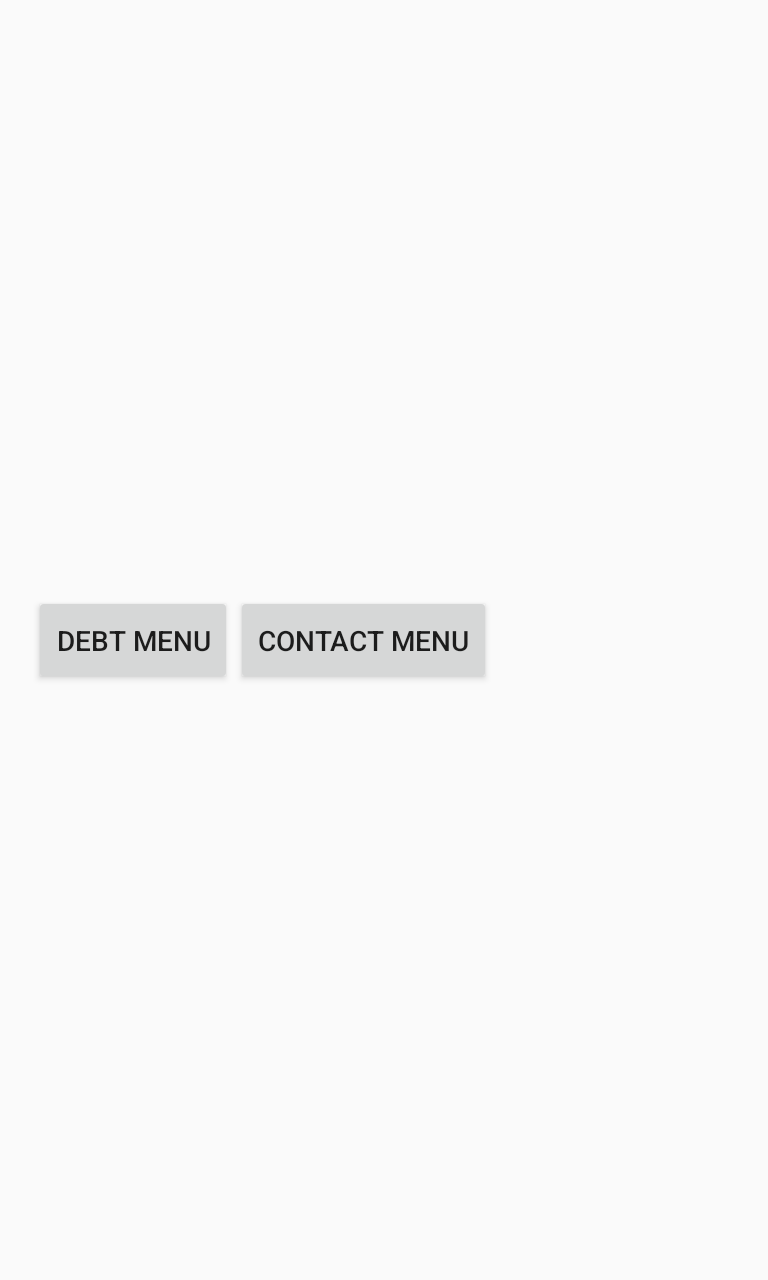
Repository: wisingd/Dajoroli
Layout: Workspace/SplitIt/res/layout/fragment_main.xml
These files come from the project's save history. The layout is drawn as it stood at one moment and after the next save; the edit follows.
It is drawn on a 768 x 1280 px phone screen (xhdpi) without system bars, with theme AppTheme; the app's code is not run.

Above is the layout before, as saved 2014-05-07 11:07:02.

### Workspace/SplitIt/res/layout/fragment_main.xml
<?xml version="1.0" encoding="utf-8"?>
<RelativeLayout xmlns:android="http://schemas.android.com/apk/res/android"
    xmlns:tools="http://schemas.android.com/tools"
    android:layout_width="match_parent"
    android:layout_height="match_parent"
    android:paddingLeft="16dp"
    android:paddingRight="16dp" >

    <LinearLayout
        android:layout_width="match_parent"
        android:layout_height="wrap_content"
        android:orientation="horizontal"
        android:layout_centerVertical="true">


        <Button
            android:layout_width="wrap_content"
            android:layout_height="wrap_content"
            android:onClick="startDebtMenu"
            android:text="@string/startDebtMenu" />

        <Button
            android:layout_width="wrap_content"
            android:layout_height="wrap_content"
            android:onClick="startContactMenu"
            android:text="@string/startContactMenu" />
    </LinearLayout>

</RelativeLayout>

### Workspace/SplitIt/res/values/strings.xml
<?xml version="1.0" encoding="utf-8"?>
<resources>

    <string name="app_name">Split It</string>
    <string name="action_settings">Settings</string>
    <string name="edit_message">Contact name</string>
    <string name="button_send">Create contact!</string>
    <string name="title_activity_display_message">New Activity</string>
    <string name="information_text">Amount to the left, contact to the right</string>
    <string name="view_contacts">View contacts</string>
    <string name="amount">Amount</string>
    <string name="contact">Name</string>
    <string name="they_owe_me">They owe me</string>
    <string name="i_owe_them">I owe them</string>
    <string name="startDebtMenu">Debt menu</string>
    <string name="startContactMenu">Contact menu</string>



</resources>

Loaded but not shown: Workspace/SplitIt/res/values/styles.xml (common file); Workspace/SplitIt/res/values-v11/styles.xml (common file); Workspace/SplitIt/res/values-v14/styles.xml (common file)

After the next save:
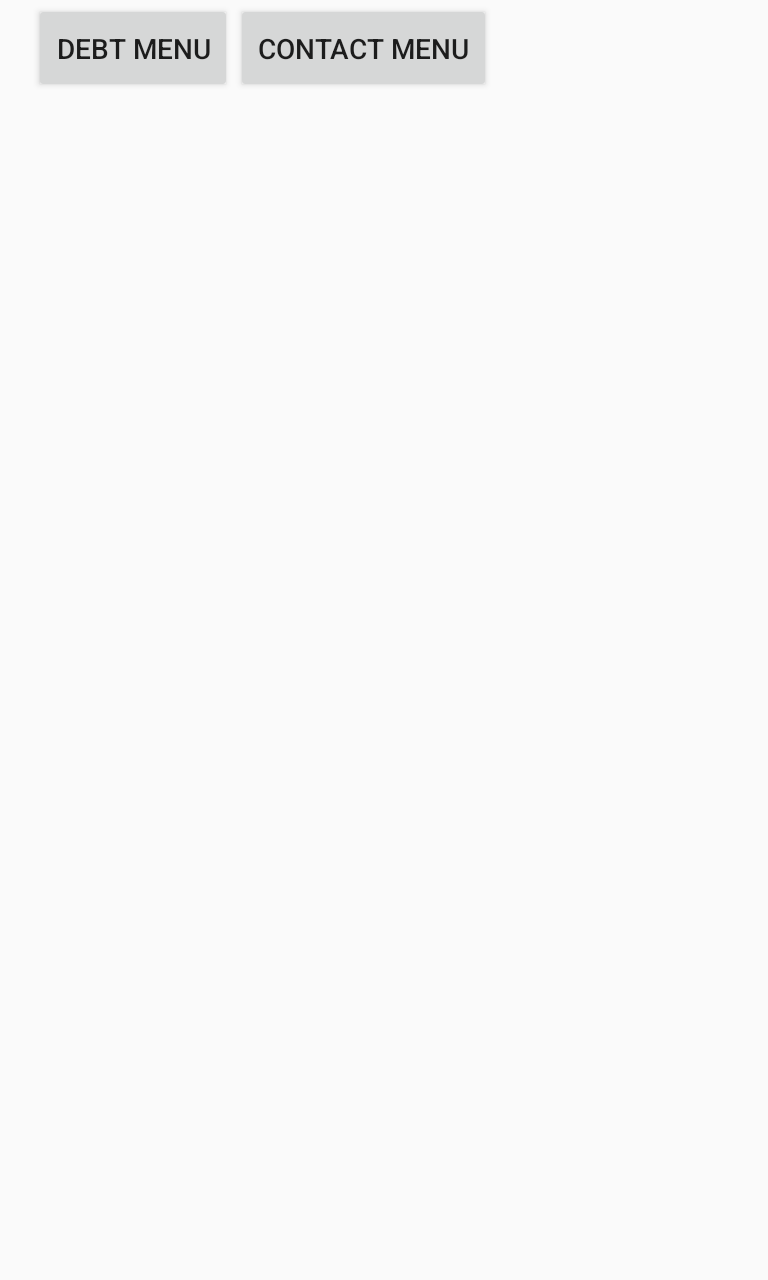
Saved 7 s later.
--- a/Workspace/SplitIt/res/layout/fragment_main.xml
+++ b/Workspace/SplitIt/res/layout/fragment_main.xml
@@ -9,8 +9,7 @@
     <LinearLayout
         android:layout_width="match_parent"
         android:layout_height="wrap_content"
-        android:orientation="horizontal"
-        android:layout_centerVertical="true">
+        android:orientation="horizontal" >
 
 
         <Button

After the 3 saves that followed:
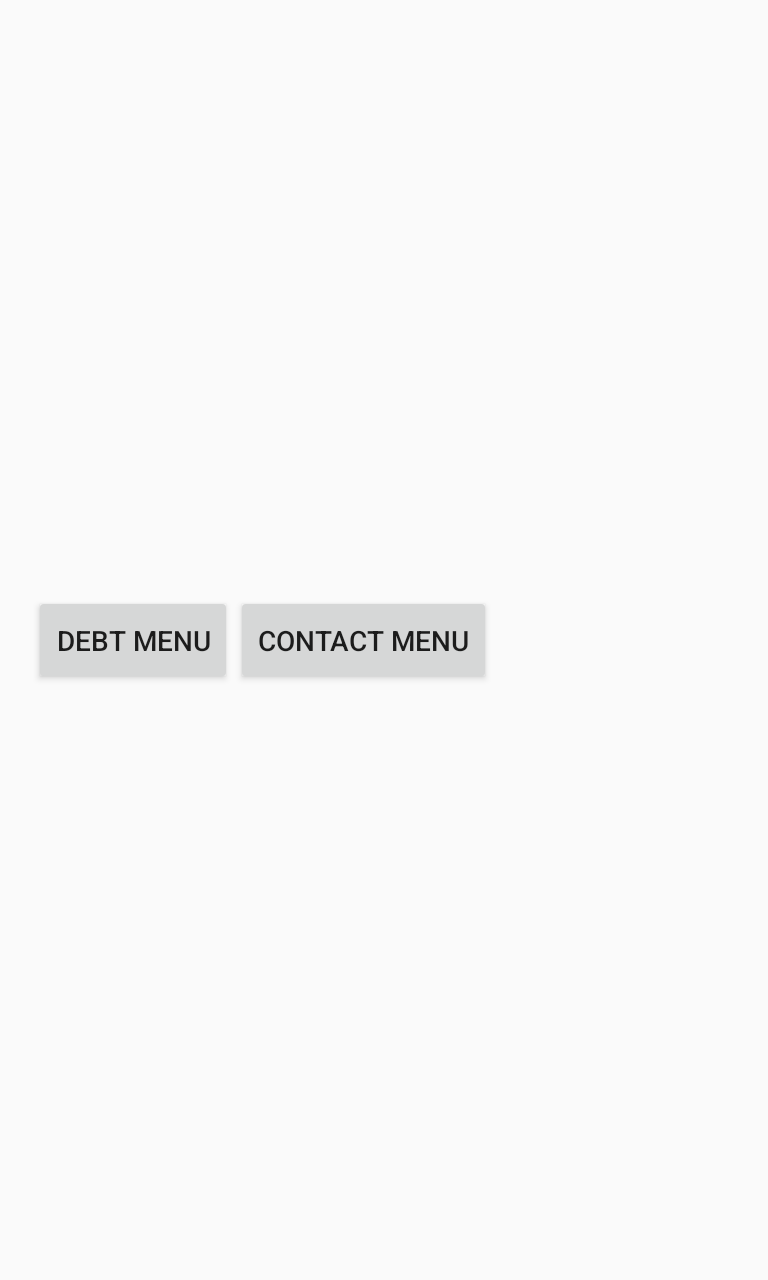
The 3 saves are shown as one change because 1 did not build or start and 1 left the picture as it was.
The last was saved 103 s later.
--- a/Workspace/SplitIt/res/layout/fragment_main.xml
+++ b/Workspace/SplitIt/res/layout/fragment_main.xml
@@ -9,7 +9,8 @@
     <LinearLayout
         android:layout_width="match_parent"
         android:layout_height="wrap_content"
-        android:orientation="horizontal" >
+        android:orientation="horizontal"
+        android:layout_centerVertical="true">
 
 
         <Button
